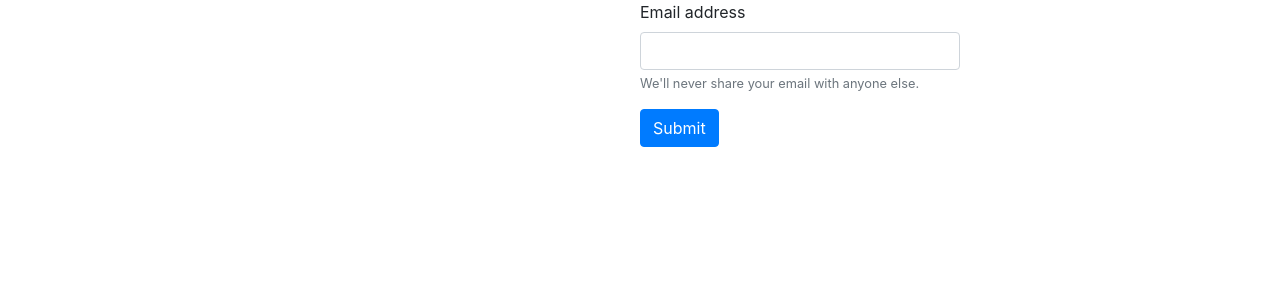
Repository: DhananjayaLakshan/PHP_CRUD_OOP1
Page: http://localhost/signup.php
The author's editor kept a copy of each file at every save. The page is drawn from the files as they stood at one save, then again after the next save.
The browser window is 1280 px wide. The pictures show the whole page.
The page is run by PHP 8.4 with error messages shown; the project is at /var/www/html/.

Above is the page before, as saved 2023-11-30 12:10:12.

After the next save:
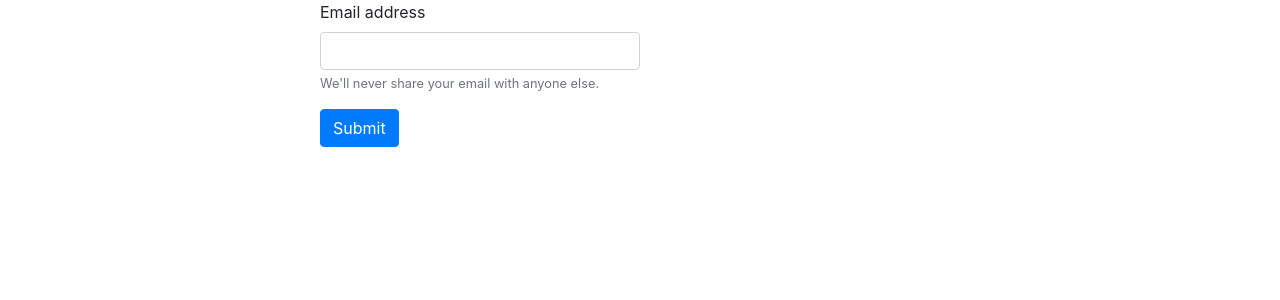
Saved 9 s later.
--- a/signup.php
+++ b/signup.php
@@ -13,7 +13,7 @@
 
 <body>
 
-    <form action="" method="post" style="width: 25%; margin-left: 50%;">
+    <form action="" method="post" style="width: 25%; margin-left: 25%;">
         <div class="form-group">
             <label for="exampleInputEmail1">Email address</label>
             <input type="email" class="form-control" id="exampleInputEmail1" aria-describedby="emailHelp">
